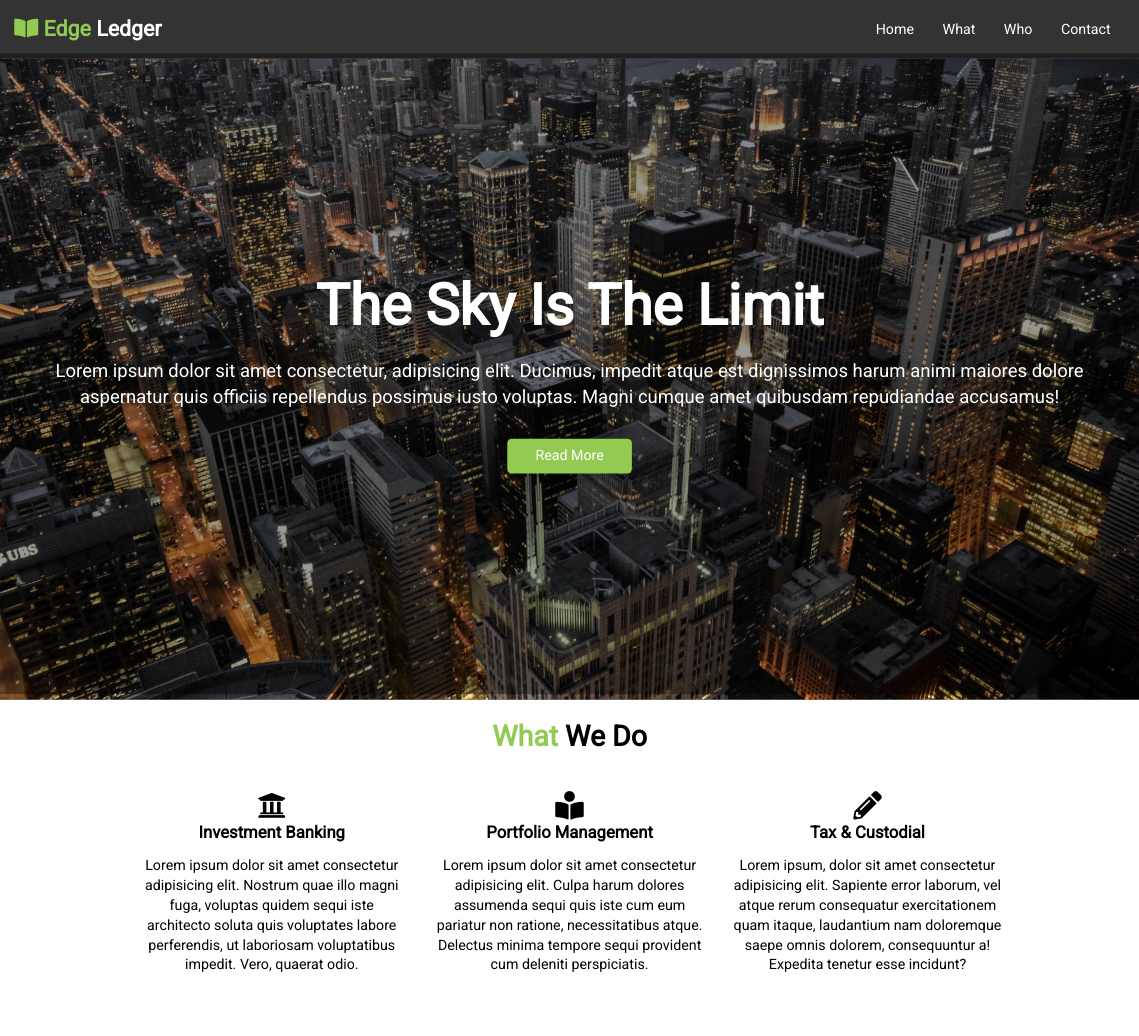
Repository: minhtien9/EdgeLedger-Financial-Web
Page: index.html
An editor plug-in stored every save of this project. The page is shown before and after the next save, followed by the edit.
The browser window is 1280 px wide. The pictures show the whole page, at 89% of full size.

Above is the page before, as saved 2021-08-16 22:19:40.

### index.html
<!DOCTYPE html>
<html lang="en">

<head>
    <meta charset="UTF-8" />
    <meta http-equiv="X-UA-Compatible" content="IE=edge" />
    <meta name="viewport" content="width=device-width, initial-scale=1.0" />
    <link rel="stylesheet" href="https://cdnjs.cloudflare.com/ajax/libs/font-awesome/5.15.4/css/all.min.css" integrity="sha512-1ycn6IcaQQ40/MKBW2W4Rhis/DbILU74C1vSrLJxCq57o941Ym01SwNsOMqvEBFlcgUa6xLiPY/NS5R+E6ztJQ==" crossorigin="anonymous" referrerpolicy="no-referrer"
    />
    <link rel="stylesheet" media="screen and (max-width:768px)" href="css/mobile.css" />
    <link rel="stylesheet" media="screen  and (min-width:1100)" href="css/widescreen.css" />
    <link rel="stylesheet" href="css/style.css" />
    <title>EdgeLedger Financial | Accounting & Investment</title>
</head>

<body id="home">
    <!-- Navbar -->
    <nav id="navbar">
        <h1 class="logo">
            <span class="text-primary"> <i class="fas fa-book-open"></i> Edge </span
        >Ledger
      </h1>
      <ul>
        <li><a href="#home">Home</a></li>
        <li><a href="#what">What</a></li>
        <li><a href="#who">Who</a></li>
        <li><a href="#contact">Contact</a></li>
      </ul>
    </nav>
    <!-- Header: Showcase -->
    <header id="showcase">
      <div class="showcase-content">
        <h1 class="l-heading">The Sky Is The Limit</h1>
        <p class="lead">
          Lorem ipsum dolor sit amet consectetur, adipisicing elit. Ducimus,
          impedit atque est dignissimos harum animi maiores dolore aspernatur
          quis officiis repellendus possimus iusto voluptas. Magni cumque amet
          quibusdam repudiandae accusamus!
        </p>
        <a href="#what" class="btn">Read More</a>
      </div>
    </header>
    <!-- Section: What We Do -->
    <section id="what" class="bg-ligh py-1">
      <div class="container">
        <h2 class="m-heading text-center">
          <span class="text-primary">What</span> We Do
            </h2>
            <div class="items">
                <div class="item">
                    <i class="fas fa-university fa-2x"></i>
                    <div>
                        <h3>Investment Banking</h3>
                        <p>
                            Lorem ipsum dolor sit amet consectetur adipisicing elit. Nostrum quae illo magni fuga, voluptas quidem sequi iste architecto soluta quis voluptates labore perferendis, ut laboriosam voluptatibus impedit. Vero, quaerat odio.
                        </p>
                    </div>
                </div>
                <div class="item">
                    <i class="fas fa-book-reader fa-2x"></i>
                    <div>
                        <h3>Portfolio Management</h3>
                        <p>
                            Lorem ipsum dolor sit amet consectetur adipisicing elit. Culpa harum dolores assumenda sequi quis iste cum eum pariatur non ratione, necessitatibus atque. Delectus minima tempore sequi provident cum deleniti perspiciatis.
                        </p>
                    </div>
                </div>
                <div class="item">
                    <i class="fas fa-pencil-alt fa-2x"></i>
                    <div>
                        <h3>Tax & Custodial</h3>
                        <p>
                            Lorem ipsum, dolor sit amet consectetur adipisicing elit. Sapiente error laborum, vel atque rerum consequatur exercitationem quam itaque, laudantium nam doloremque saepe omnis dolorem, consequuntur a! Expedita tenetur esse incidunt?
                        </p>
                    </div>
                </div>
            </div>
            </div>
            </section>
</body>

</html>

### css/style.css
@import url('https://fonts.googleapis.com/css2?family=Roboto&display=swap');
* {
    box-sizing: border-box;
    margin: 0;
    padding: 0;
}

body {
    font-family: 'Roboto', sans-serif;
    line-height: 1.4;
}

a {
    text-decoration: none;
}

p {
    margin: 0.75rem 0;
}


/* Utility Classes */

.container {
    max-width: 1100px;
    margin: auto;
    padding: 0 2rem;
    overflow: hidden;
}

.text-center {
    text-align: center;
}

.text-primary {
    color: #93cb52;
}

.l-heading {
    font-size: 4rem;
    margin-bottom: 0.75rem;
    line-height: 1.1;
}

.m-heading {
    font-size: 2rem;
    margin-bottom: 0.75rem;
    line-height: 1.1;
}

.lead {
    font-size: 1.3rem;
    margin-bottom: 2rem;
}

.py-1 {
    padding: 1.5rem 0;
}

.py-2 {
    padding: 2rem 0;
}

.py-3 {
    padding: 3rem 0;
}

.btn {
    display: inline-block;
    color: #fff;
    background: #93cb52;
    padding: 0.5rem 2rem;
    border: none;
    border-radius: 5px;
}

.btn:hover {
    background: #7ab436;
}

.btn-dark {
    background: #333;
    color: #fff;
}


/* Navbar */

#navbar {
    display: flex;
    position: stick;
    top: 0;
    background: #333;
    color: #fff;
    justify-content: space-between;
    z-index: 1;
    padding: 1rem;
}

#navbar ul {
    display: flex;
    align-items: center;
    list-style: none;
}

#navbar ul li a {
    color: #fff;
    padding: 0.75rem;
    margin: 0 0.25rem;
}

#navbar ul li a:hover {
    background: #93cb52;
    border-radius: 5px;
}


/* Showcase */

#showcase {
    background: #333 url('../img/showcase.jpg') no-repeat center center/cover;
    height: 100vh;
    color: #fff;
}

#showcase .showcase-content {
    display: flex;
    flex-direction: column;
    text-align: center;
    justify-content: center;
    align-items: center;
    height: 100%;
    padding: 0 2rem;
    /* Overlay */
    position: absolute;
    top: 60px;
    left: 0;
    background-color: rgba(0, 0, 0, 0.4);
}


/* Section: What We Do */

#what .items {
    display: flex;
    padding: 1rem;
}

#what .items .item {
    flex: 1;
    text-align: center;
    padding: 1rem;
}

Loaded but not shown: css/mobile.css (no stored copy; drawn as an empty file); css/widescreen.css (no stored copy; drawn as an empty file)

After the next save:
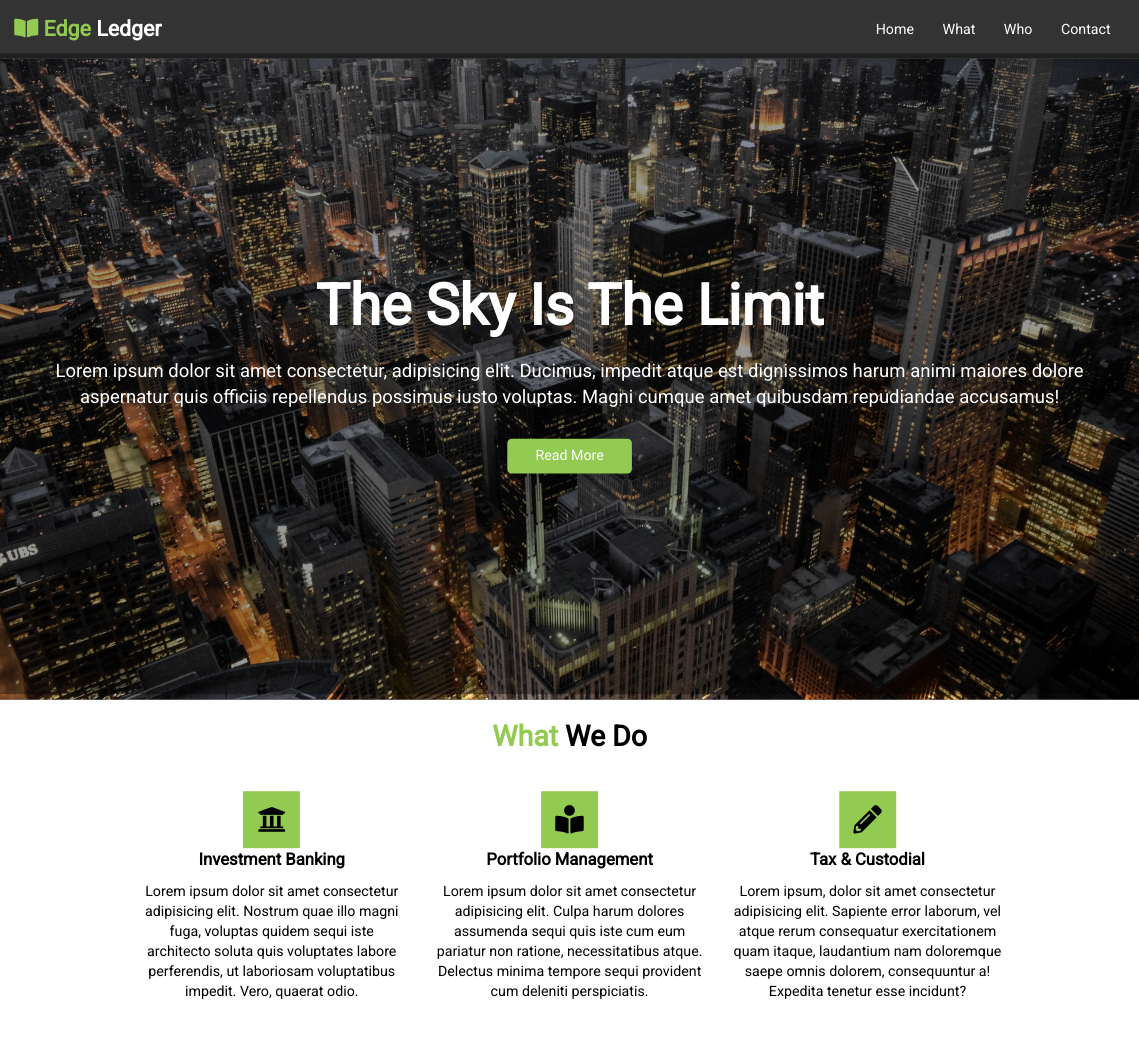
Saved 37 s later.
--- a/css/style.css
+++ b/css/style.css
@@ -151,3 +151,8 @@
     text-align: center;
     padding: 1rem;
 }
+
+#what .items .item i {
+    background: #93cb52;
+    padding: 1rem;
+}
